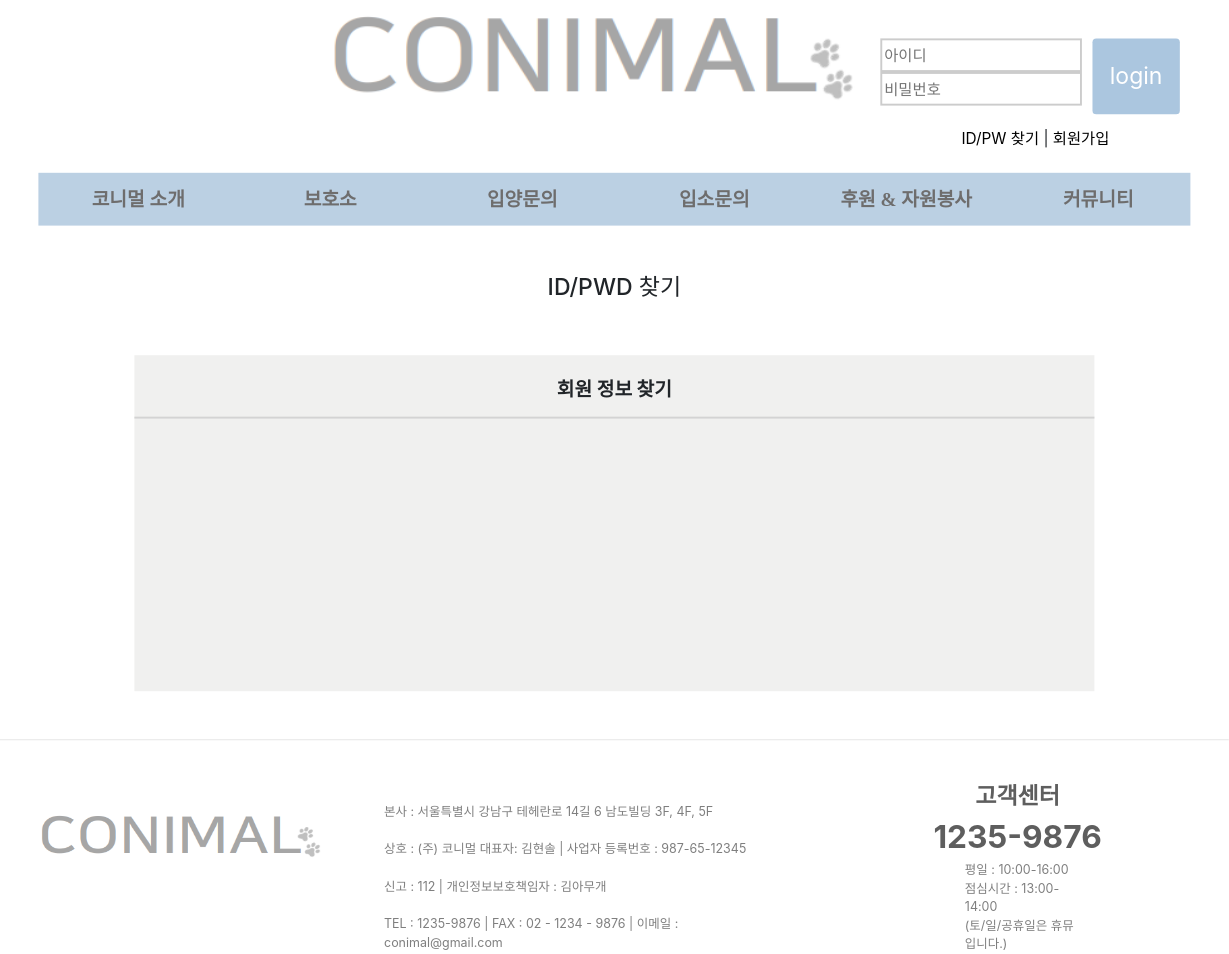
Repository: rlagusthf12/SemiProject
Page: http://localhost/conimal/views/member/searchIdResultFrom.jsp
These files come from the project's save history. The page is drawn as it stood at one moment and after the next save; the edit follows.
The browser window is 1280 px wide. The pictures show the whole page, at 96% of full size.
The page is served by Tomcat 9. Nobody is signed in. The application's start-up code is not run.

Above is the page before, as saved 2021-05-31 11:28:18.

After the next save:
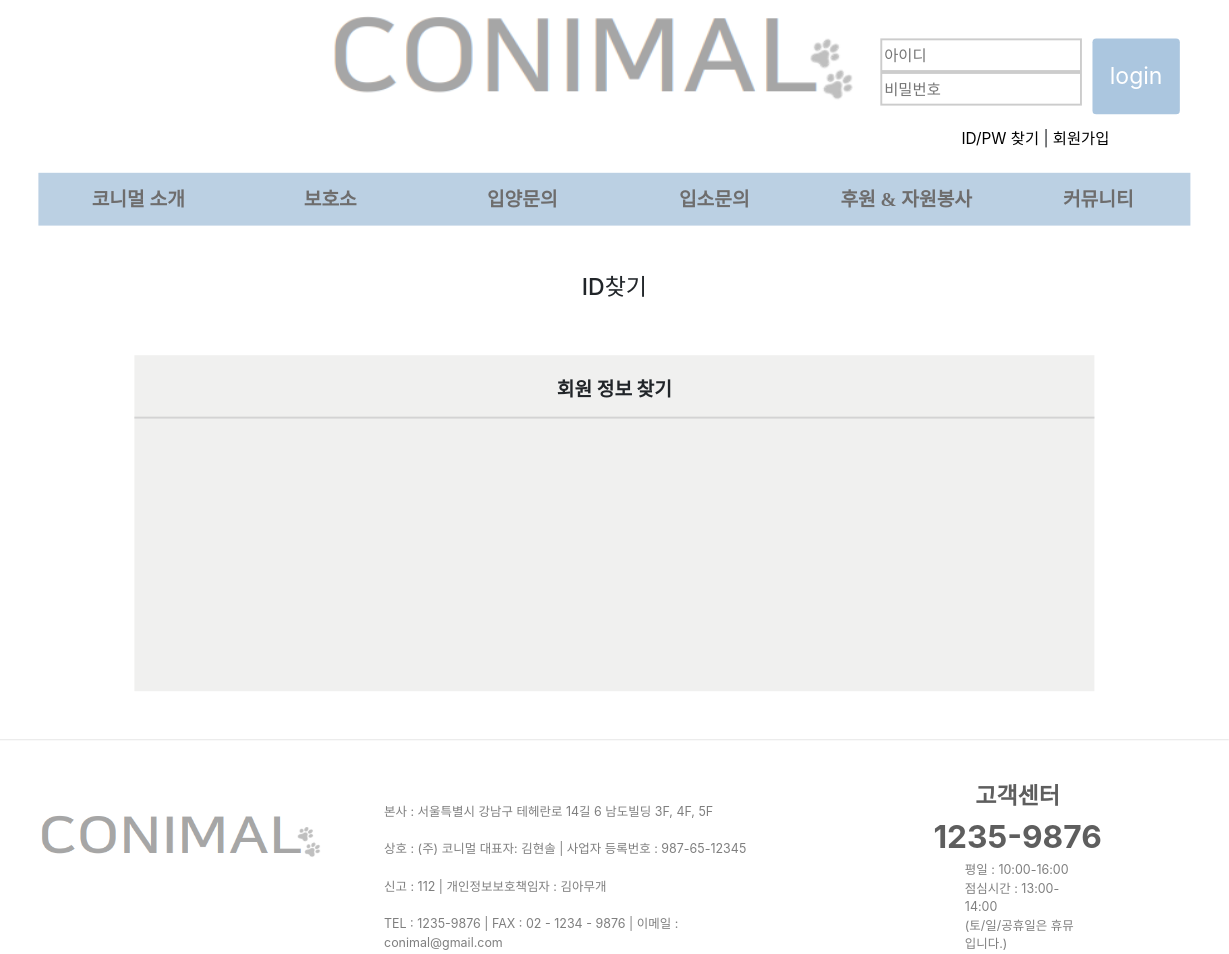
Saved 10 min 21 s later.
--- a/conimal/WebContent/views/member/searchIdResultFrom.jsp
+++ b/conimal/WebContent/views/member/searchIdResultFrom.jsp
@@ -3,7 +3,7 @@
 
 <%
 
-	Member searchUser = (Member)request.getAttribute("searchUser");
+	Member searchUser = (Member)session.getAttribute("searchUser");
 	// 로그인 전 menubar.jsp로딩시 : null
 	// 로그인 성공 후 menubar.jsp 로딩시 : 로그인 성공한 회원의 정보가 담겨있는 Member객체
 
@@ -50,7 +50,7 @@
 
     <div class="outer">
 
-        <h4> ID/PWD 찾기</h4>
+        <h4> ID찾기 </h4>
         <br> <br>
 
         <div class="idresultf">
